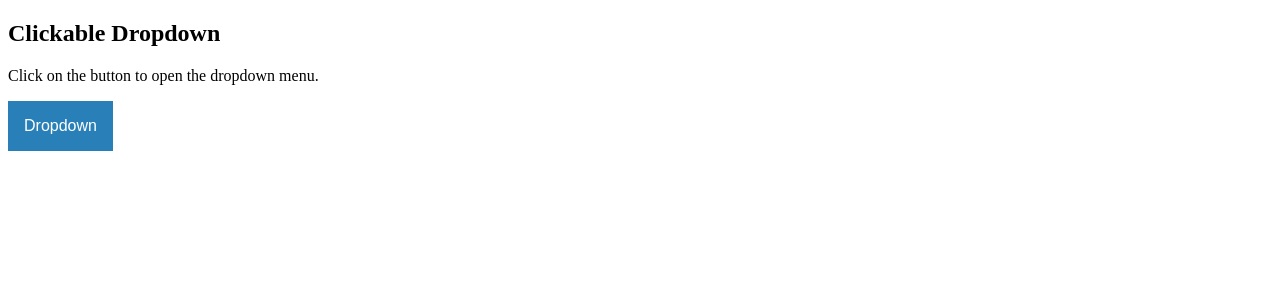
Repository: sabadia/task
Page: dropDown.html
An editor plug-in stored every save of this project. The page is shown before and after the next save, followed by the edit.
The browser window is 1280 px wide. The pictures show the whole page.
The pointer rests on the first visible `.dropbtn`.

Above is the page before, as saved 2020-04-26 15:19:31.

### dropDown.html
<!DOCTYPE html>
<html>
<head>
<style>
.dropbtn {
  background-color: #3498DB;
  color: white;
  padding: 16px;
  font-size: 16px;
  border: none;
  cursor: pointer;
}

.dropbtn:hover, .dropbtn:focus {
  background-color: #2980B9;
}

.dropdown {
  position: relative;
  display: inline-block;
}

.dropdown-content {
  display: none;
  position: absolute;
  background-color: #f1f1f1;
  min-width: 160px;
  overflow: auto;
  box-shadow: 0px 8px 16px 0px rgba(0,0,0,0.2);
  z-index: 1;
}

.dropdown-content a {
  color: black;
  padding: 12px 16px;
  text-decoration: none;
  display: block;
}

.dropdown a:hover {background-color: #ddd;}

.show {display: block;}
</style>
</head>
<body>

<h2>Clickable Dropdown</h2>
<p>Click on the button to open the dropdown menu.</p>

<div class="dropdown">
  <button onclick="myFunction()" class="dropbtn">Dropdown</button>
  <div id="myDropdown" class="dropdown-content">
    <a href="#home">Home</a>
    <a href="#about">About</a>
    <a href="#contact">Contact</a>
  </div>
</div>

<script>
/* When the user clicks on the button,
toggle between hiding and showing the dropdown content */
function myFunction() {
  document.getElementById("myDropdown").classList.toggle("show");
}

// Close the dropdown if the user clicks outside of it
window.onclick = function(event) {
  if (!event.target.matches('.dropbtn')) {
    var dropdowns = document.getElementsByClassName("dropdown-content");
    var i;
    for (i = 0; i < dropdowns.length; i++) {
        var openDropdown = dropdowns[i];
        if (openDropdown.classList.contains('show')) {
        openDropdown.classList.remove('show');
        }
    }
  }
}
</script>

</body>
</html>

After the next save:
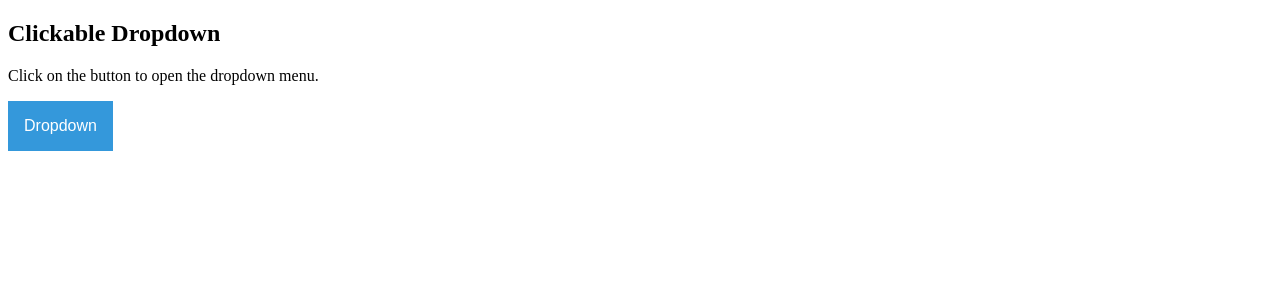
Saved 10 s later.
--- a/dropDown.html
+++ b/dropDown.html
@@ -11,9 +11,7 @@
   cursor: pointer;
 }
 
-.dropbtn:hover, .dropbtn:focus {
-  background-color: #2980B9;
-}
+
 
 .dropdown {
   position: relative;
